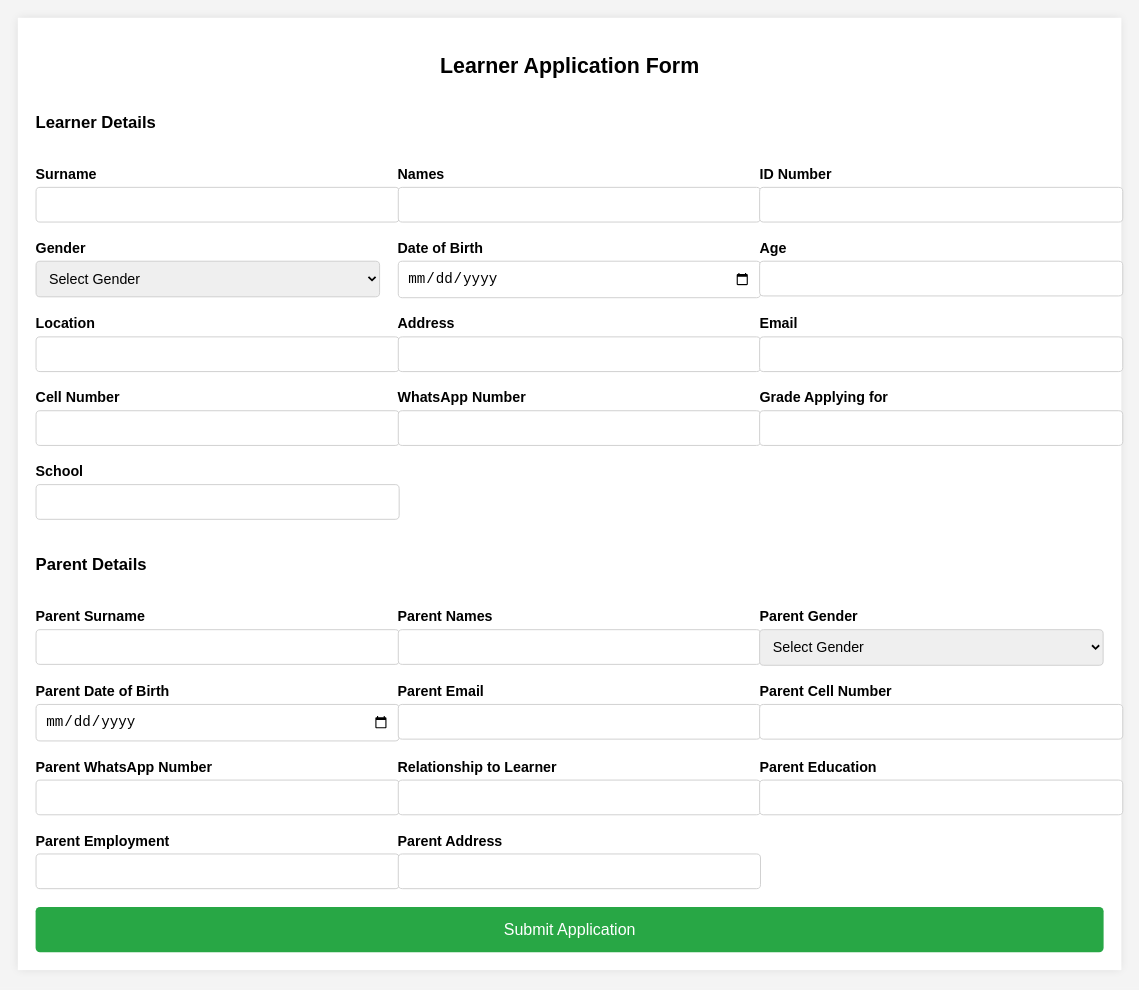
Repository: Soshtakovich/Asifunde
Page: Application_system/apply.html
These files come from the project's save history. The page is drawn as it stood at one moment and after the next save; the edit follows.
The browser window is 1280 px wide. The pictures show the whole page, at 89% of full size.

Above is the page before, as saved 2024-10-18 18:00:16.
Console error: TypeError: Cannot read properties of null (reading 'addEventListener')

### Application_system/apply.html
  <!DOCTYPE html>
<html lang="en">
<head>
  <meta charset="UTF-8">
  <meta name="viewport" content="width=device-width, initial-scale=1.0">
  <title>Learner Application Form</title>
  <link rel="stylesheet" href="statics/css/apply.css">
  <script defer src="statics/js/apply.js"></script>
  <style>

  </style>
</head>
<body>

<div class="container">
  <h2>Learner Application Form</h2>
  <form action="/submit" method="POST">

    <!-- Learner Information -->
    <h3>Learner Details</h3>
    <div class="grid">
      <div>
        <label for="surname">Surname</label>
        <input type="text" id="surname" name="surname" required>
      </div>
      <div>
        <label for="names">Names</label>
        <input type="text" id="names" name="names" required>
      </div>
      <div>
        <label for="id_number">ID Number</label>
        <input type="text" id="id_number" name="id_number" required>
      </div>
      <div>
        <label for="gender">Gender</label>
        <select id="gender" name="gender" required>
          <option value="">Select Gender</option>
          <option value="Male">Male</option>
          <option value="Female">Female</option>
          <option value="Other">Other</option>
        </select>
      </div>
      <div>
        <label for="dob">Date of Birth</label>
        <input type="date" id="dob" name="dob" required>
      </div>
      <div>
        <label for="age">Age</label>
        <input type="number" id="age" name="age" required>
      </div>
      <div>
        <label for="location">Location</label>
        <input type="text" id="location" name="location">
      </div>
      <div>
        <label for="address">Address</label>
        <input type="text" id="address" name="address">
      </div>
      <div>
        <label for="email">Email</label>
        <input type="email" id="email" name="email" required>
      </div>
      <div>
        <label for="cell_number">Cell Number</label>
        <input type="tel" id="cell_number" name="cell_number">
      </div>
      <div>
        <label for="whatsapp_number">WhatsApp Number</label>
        <input type="tel" id="whatsapp_number" name="whatsapp_number">
      </div>
      <div>
        <label for="grade">Grade Applying for</label>
        <input type="text" id="grade" name="grade">
      </div>
      <div>
        <label for="school">School</label>
        <input type="text" id="school" name="school">
      </div>
    </div>

    <!-- Parent Information -->
    <h3>Parent Details</h3>
    <div class="grid">
      <div>
        <label for="parent_surname">Parent Surname</label>
        <input type="text" id="parent_surname" name="parent_surname" required>
      </div>
      <div>
        <label for="parent_names">Parent Names</label>
        <input type="text" id="parent_names" name="parent_names" required>
      </div>
      <div>
        <label for="parent_gender">Parent Gender</label>
        <select id="parent_gender" name="parent_gender" required>
          <option value="">Select Gender</option>
          <option value="Male">Male</option>
          <option value="Female">Female</option>
          <option value="Other">Other</option>
        </select>
      </div>
      <div>
        <label for="parent_dob">Parent Date of Birth</label>
        <input type="date" id="parent_dob" name="parent_dob" required>
      </div>
      <div>
        <label for="parent_email">Parent Email</label>
        <input type="email" id="parent_email" name="parent_email" required>
      </div>
      <div>
        <label for="parent_cell_number">Parent Cell Number</label>
        <input type="tel" id="parent_cell_number" name="parent_cell_number">
      </div>
      <div>
        <label for="parent_whatsapp_number">Parent WhatsApp Number</label>
        <input type="tel" id="parent_whatsapp_number" name="parent_whatsapp_number">
      </div>
      <div>
        <label for="relationship">Relationship to Learner</label>
        <input type="text" id="relationship" name="relationship">
      </div>
      <div>
        <label for="education">Parent Education</label>
        <input type="text" id="education" name="education">
      </div>
      <div>
        <label for="employment">Parent Employment</label>
        <input type="text" id="employment" name="employment">
      </div>
      <div>
        <label for="parent_address">Parent Address</label>
        <input type="text" id="parent_address" name="parent_address">
      </div>
    </div>

    <div>
      <input type="submit" value="Submit Application">
    </div>

  </form>
</div>

</body>
</html>

### Application_system/statics/css/apply.css
body {
  font-family: Arial, sans-serif;
  background-color: #f4f4f4;
  margin: 0;
  padding: 20px;
}

.container {
  max-width: 1200px;
  margin: 0 auto;
  background-color: #fff;
  padding: 20px;
  box-shadow: 0 0 10px rgba(0, 0, 0, 0.1);
}

h2 {
  text-align: center;
  margin-bottom: 20px;
}

form {
  display: grid;
  gap: 20px;
}

.grid {
  display: grid;
  grid-template-columns: repeat(auto-fit, minmax(300px, 1fr));
  gap: 20px;
}

label {
  display: block;
  font-weight: bold;
  margin-bottom: 5px;
}

input, select {
  width: 100%;
  padding: 10px;
  font-size: 16px;
  border: 1px solid #ccc;
  border-radius: 5px;
}

input[type="submit"] {
  background-color: #28a745;
  color: white;
  border: none;
  cursor: pointer;
  font-size: 18px;
  padding: 15px;
}

input[type="submit"]:hover {
  background-color: #218838;
}

@media (max-width: 768px) {
  .grid {
    grid-template-columns: 1fr;
  }
}

### Application_system/statics/js/apply.js
document.getElementById('applicationForm').addEventListener('submit', async function (event) {
    event.preventDefault();
    const formData = new FormData(event.target);

    const response = await fetch('application_handler.php', {
      method: 'POST',
      body: formData
    });

    const result = await response.json();
    alert(result.message);
  });

After the next save:
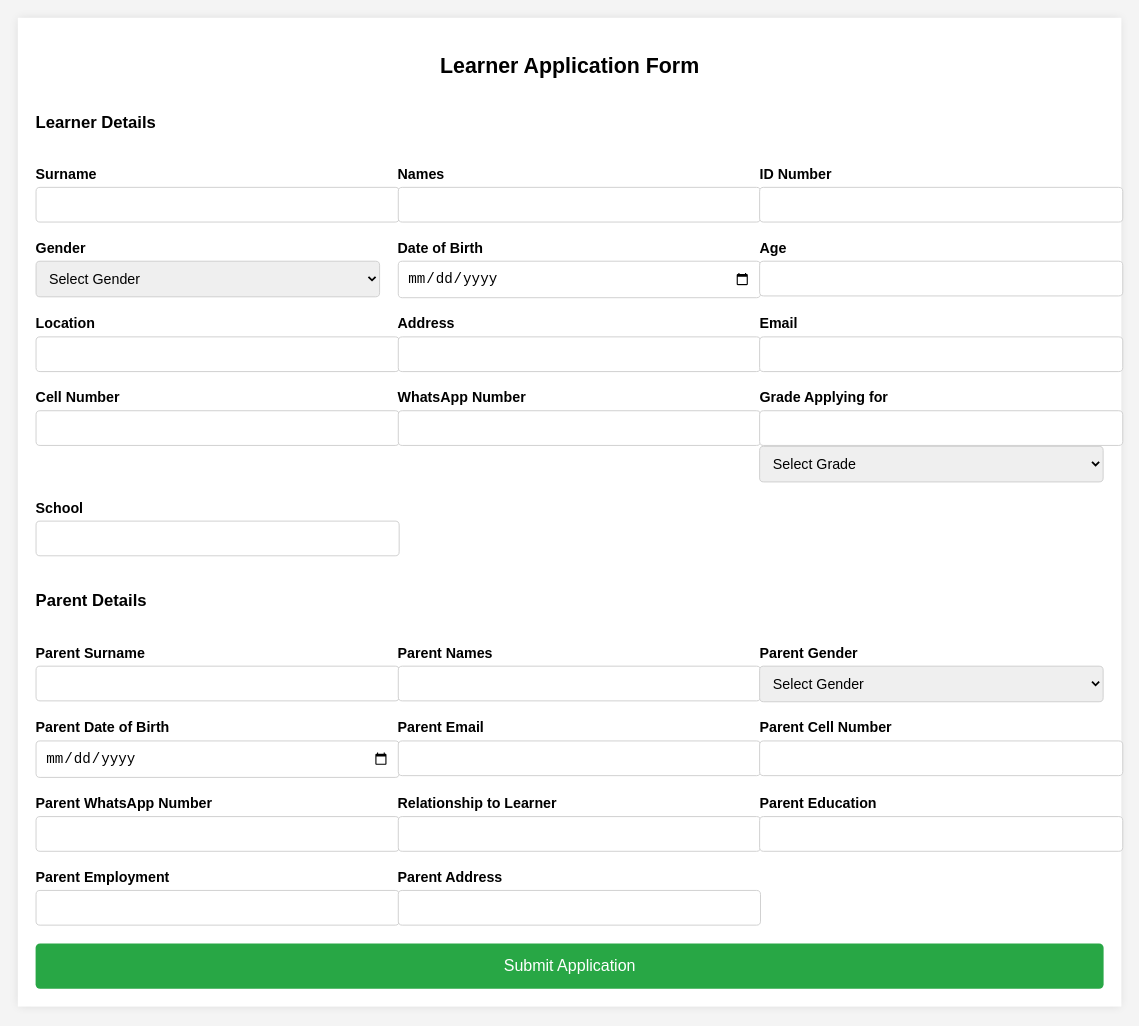
Saved 111 s later.
--- a/Application_system/apply.html
+++ b/Application_system/apply.html
@@ -71,6 +71,12 @@
       <div>
         <label for="grade">Grade Applying for</label>
         <input type="text" id="grade" name="grade">
+        <select id="grader" name="grade" required>
+          <option value="">Select Grade</option>
+          <option value="Grade10">10</option>
+          <option value="Grade11">11</option>
+          <option value="Grade12">12</option>
+        </select>
       </div>
       <div>
         <label for="school">School</label>
